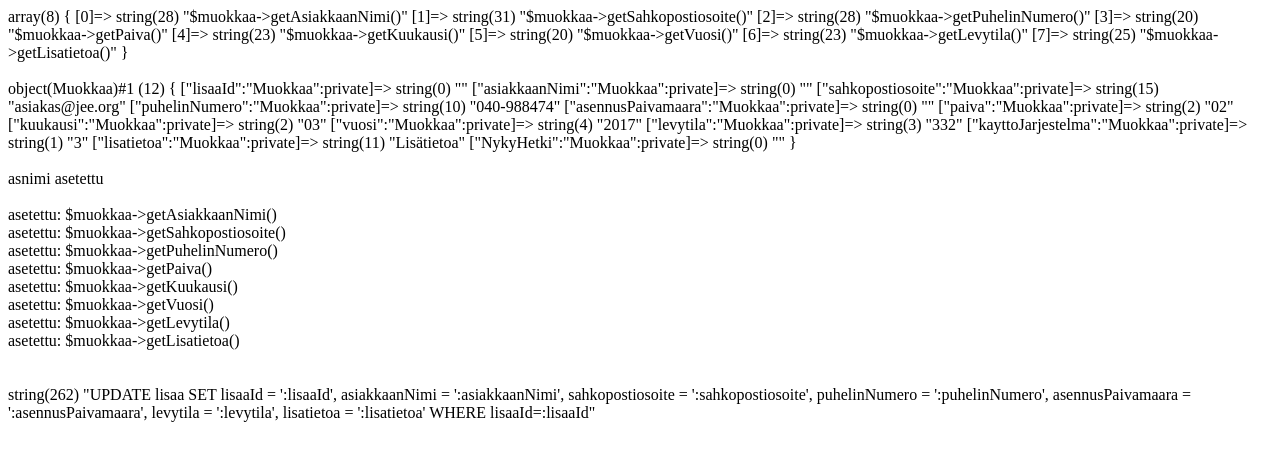
Repository: TommiKurjensalo/php
Page: http://localhost/test/function_to_function.php
The author's editor kept a copy of each file at every save. The page is drawn from the files as they stood at one save, then again after the next save.
The browser window is 1280 px wide. The pictures show the whole page.
The page is run by PHP 8.4 with error messages shown; the project is at /var/www/html/.

Above is the page before, as saved 2017-04-25 16:46:52.

After the next save:
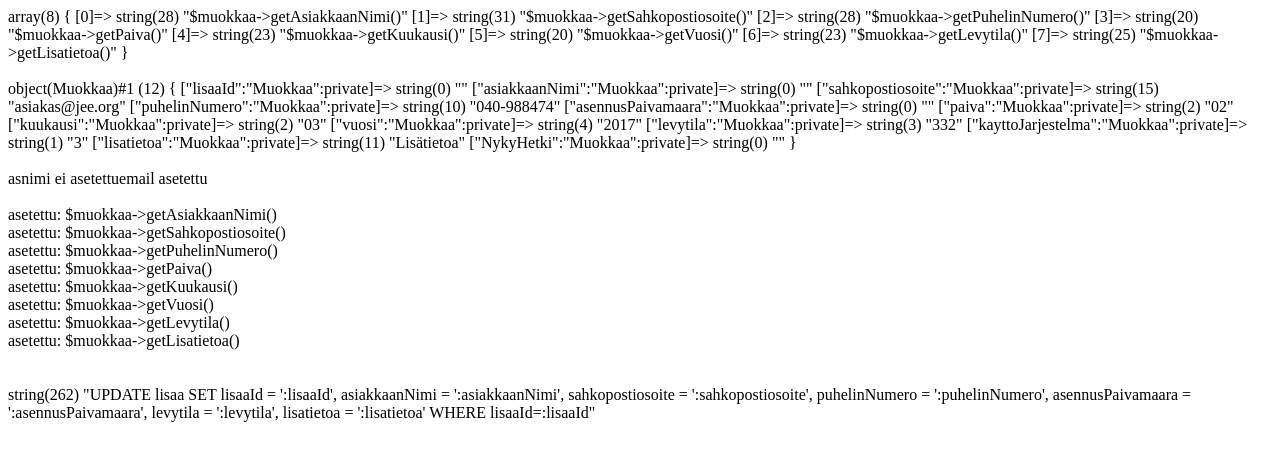
Saved 32 s later.
--- a/sivut/test/function_to_function.php
+++ b/sivut/test/function_to_function.php
@@ -377,7 +377,8 @@ public function muokkaaAsiakas($muokkaa) {
 
 	echo "<br><br>";
 
-	echo (!empty($muokkaa->getSahkopostiosoite()) ? 'asnimi asetettu':'asnimi ei asetettu');
+	echo (!empty($muokkaa->getAsiakkaanNimi()) ? 'asnimi asetettu':'asnimi ei asetettu');
+	echo (!empty($muokkaa->getSahkopostiosoite()) ? 'email asetettu':'email ei asetettu');
 
 	echo "<br><br>";
 	for ($i=0; $i<=7; $i++) {
